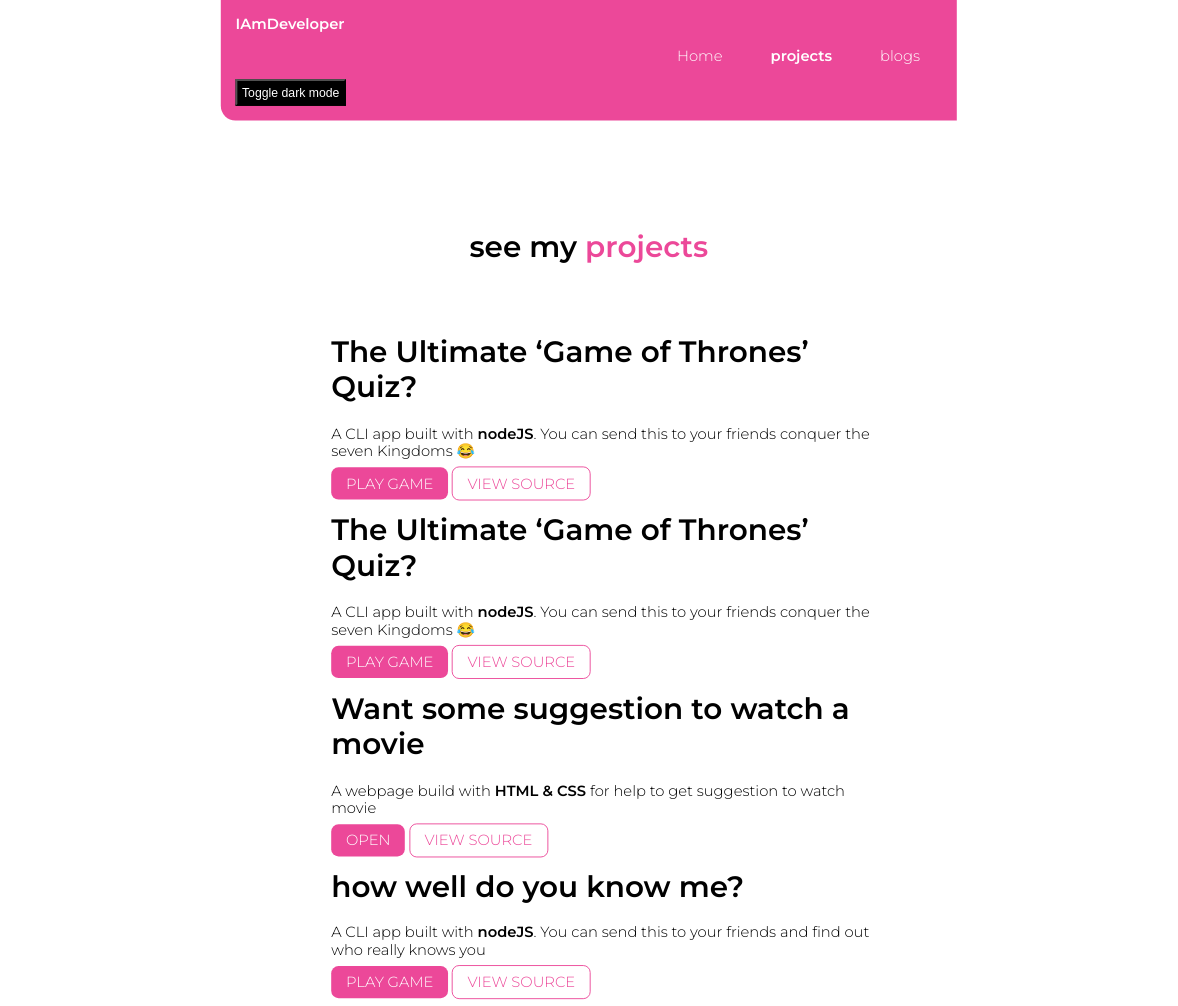
Repository: sohan2503001/Portfolio
Page: projects.html
An editor plug-in stored every save of this project. The page is shown before and after a run of saves, followed by the edit.
The browser window is 1280 px wide. The pictures show the whole page, at 92% of full size.

Above is the page before, as saved 2021-04-21 12:34:14.

### projects.html
<!DOCTYPE html>
<html lang="en">
  <head>
    <meta charset="UTF-8" />
    <meta name="viewport" content="width=device-width, initial-scale=1.0" />
    <title>Projects | Sohan</title>
    <link rel="stylesheet" href="style.css" />
  </head>
  <body>
    <nav class="navigation container">
      <div class="nav-brand">IAmDeveloper</div>
      <ul class="list-non-bullet nav-pills">
        <li class="list-item-inline">
          <a class="link" href="/">Home</a>
        </li>
        <li class="list-item-inline">
          <a class="link link-active" href="projects.html">projects</a>
        </li>
        <li class="list-item-inline">
          <a class="link" href="blogs.html">blogs</a>
        </li>
      </ul>
      <button onclick="myFunction()" class="button-dark">Toggle dark mode</button>
    </nav>

    <header class="hero">
      <h1 class="hero-heading">
        see my<span class="heading-inverted"> projects</span>
      </h1>
    </header>

    <ol class="list list-non-bullet">


      <div class="container container-center">
        <li>
          <h1>The Ultimate ‘Game of Thrones’ Quiz?</h1>
          <p>
            A CLI app built with <strong>nodeJS</strong>. You can send this to
            your friends conquer the seven Kingdoms 😂
          </p>

          <a class="link link-primary" href="https://replit.com/@Sohan250301/GameofThronesQuiz?embed=1&output=1#index.js" target="_blank">PLAY GAME</a>
          <a class="link link-secondary" href="https://github.com/sohan2503001/GOTQuiz" target="_blank">VIEW SOURCE</a>
        </li>
      </div>


      <div class="container container-center">
        <li>
          <h1>The Ultimate ‘Game of Thrones’ Quiz?</h1>
          <p>
            A CLI app built with <strong>nodeJS</strong>. You can send this to
            your friends conquer the seven Kingdoms 😂
          </p>

          <a class="link link-primary" href="https://replit.com/@Sohan250301/GameofThronesQuiz?embed=1&output=1#index.js" target="_blank">PLAY GAME</a>
          <a class="link link-secondary" href="https://github.com/sohan2503001/GOTQuiz" target="_blank">VIEW SOURCE</a>
        </li>
      </div>


      <div class="container container-center">
        <li>
          <h1>Want some suggestion to watch a movie</h1>
          <p>
            A webpage build with <strong>HTML & CSS </strong> for help to get suggestion to watch movie
          </p>

          <a class="link link-primary" href="https://moviesreview.netlify.app/" target="_blank">OPEN</a>
          <a class="link link-secondary" href="https://github.com/sohan2503001/MovieSuggestion" target="_blank">VIEW SOURCE</a>
        </li>
      </div>


        <div class="container container-center">
        <li>
          <h1>how well do you know me?</h1>
          <p>
            A CLI app built with <strong>nodeJS</strong>. You can send this to
            your friends and find out who really knows you
          </p>

          <a class="link link-primary" href="https://replit.com/@Sohan250301/How-much-you-know-me?embed=1&output=1" target="_blank">PLAY GAME</a>
          <a class="link link-secondary" href="https://github.com/sohan2503001/Quiz1" target="_blank">VIEW SOURCE</a>
        </li>
      </div>


    </ol>
    <script src="code.js"></script>
  </body>
</html>

### style.css
@import url('https://fonts.googleapis.com/css2?family=Montserrat:wght@300;600&display=swap');

:root{
    --primary-color: #EC4899;
    --dark-gray: #4B5563;
    --off-white: #FBCFE8;
}

body {
    font-family: 'Montserrat', sans-serif;
    margin: auto;
    max-width: 800px;
    width: 100%;
}

hr{
    margin: 2rem 0rem;
}

/** container **/
.container{
    padding: 0rem 1rem;
}

.container-center{
    max-width: 600px;
    margin: auto;
}

/** links **/
.link{
    text-decoration: none;
    padding: 0.5rem 1rem;
    /*margin: 1rem 0rem 1rem 0rem;*/
}

.link-primary{
    background-color: var(--primary-color);
    border-radius: 0.5rem;
    color:white;
}

.link-secondary{
    color: var(--primary-color);
    border-radius: 0.5rem;
    border: 1px solid var(--primary-color);
}

/** lists **/

.list-non-bullet{
    list-style: none;
}

.list-item-inline{
    display: inline;
    padding: 0rem 0.5rem;
}

/** navigation **/

.navigation{
    background-color: var(--primary-color);
    color: white;
    padding: 1rem;
    border-bottom-left-radius: 1rem;
}

.navigation .nav-brand{
    font-weight: bold;
}

.navigation .nav-pills{
    text-align: right;
}

.navigation .link{
    color: white;
}

.navigation .link-active{
    font-weight: bold;
}

/**header **/

.hero{
    padding: 2rem;
    padding-top: 5rem;
}

.hero .hero-img{
    max-width: 350px;
    display: block;
    margin: auto;
}

.hero .hero-heading{
    padding-top: 1rem;
    color: var(--dark-red);
    text-align: center;
}

.hero .hero-heading .heading-inverted{
    color: var(--primary-color)
}

/** section **/
.section{
    padding: 2rem;
}

.section h1{
    text-align: center;
}

.ow {
    background-color: var(--off-white);
}

/**footer **/

.footer{
    background-color: var(--primary-color);
    padding: 2rem 1rem;
    text-align: center;
    color: white;
    border-top-right-radius: 1rem;
    position: relative;
}

.footer .link{
    color: white;
}

.footer .footer-header{
    font-weight: bold;
    font-size: large;
}

.footer ul{
    padding-inline-start: 0px;
}

/**DarkMode**/
.dark-mode {
    background-color: black;
    color: white;
}

.button-dark{
    padding: 5px;
    background-color: black;
    color: white;
    position: relative;
}

### code.js
function myFunction() {
    var element = document.body;
    element.classList.toggle("dark-mode");
}

After the next 2 saves:
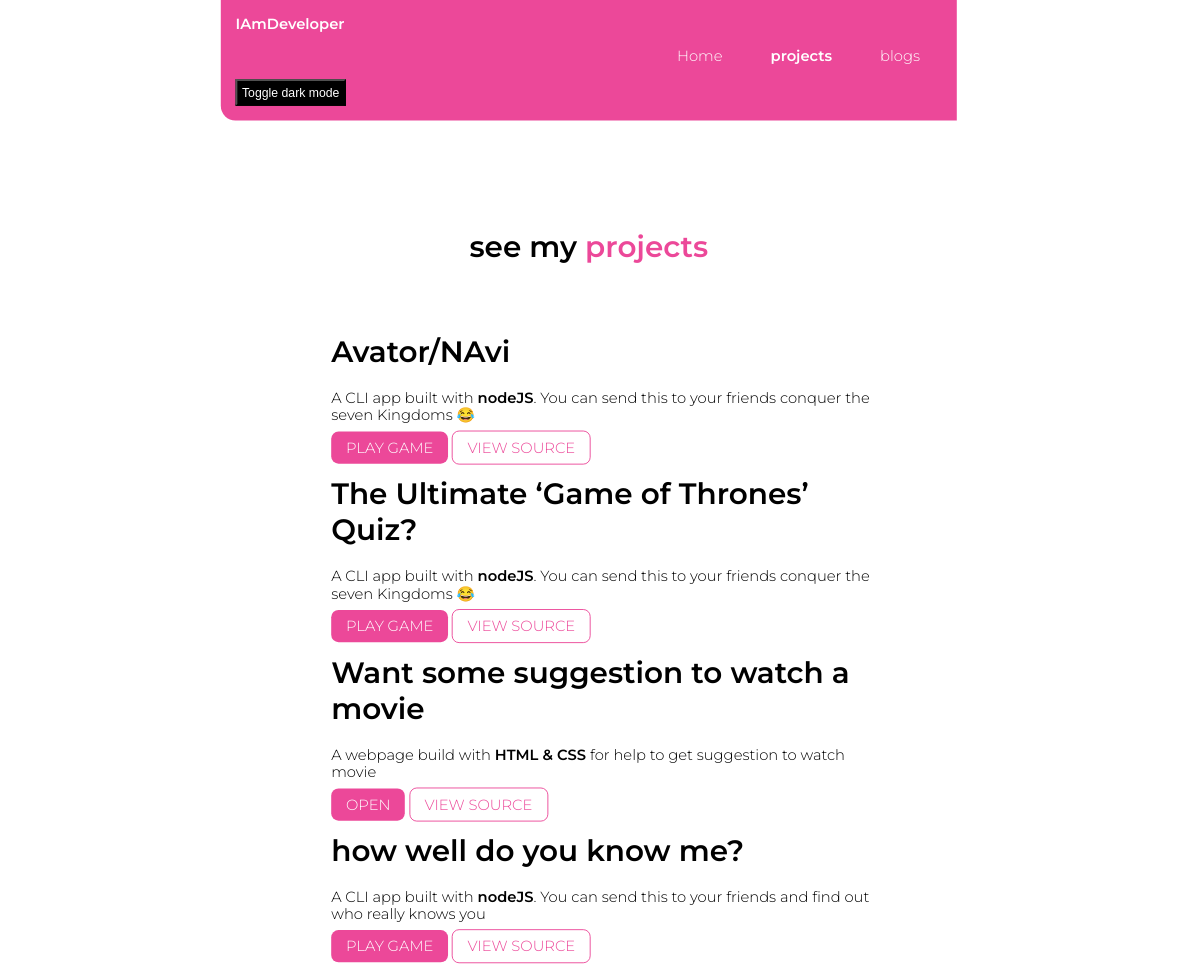
The 2 saves are shown as one change because they came seconds apart.
The last was saved 13 s later.
--- a/projects.html
+++ b/projects.html
@@ -34,7 +34,7 @@
 
       <div class="container container-center">
         <li>
-          <h1>The Ultimate ‘Game of Thrones’ Quiz?</h1>
+          <h1>Avator/NAvi </h1>
           <p>
             A CLI app built with <strong>nodeJS</strong>. You can send this to
             your friends conquer the seven Kingdoms 😂
